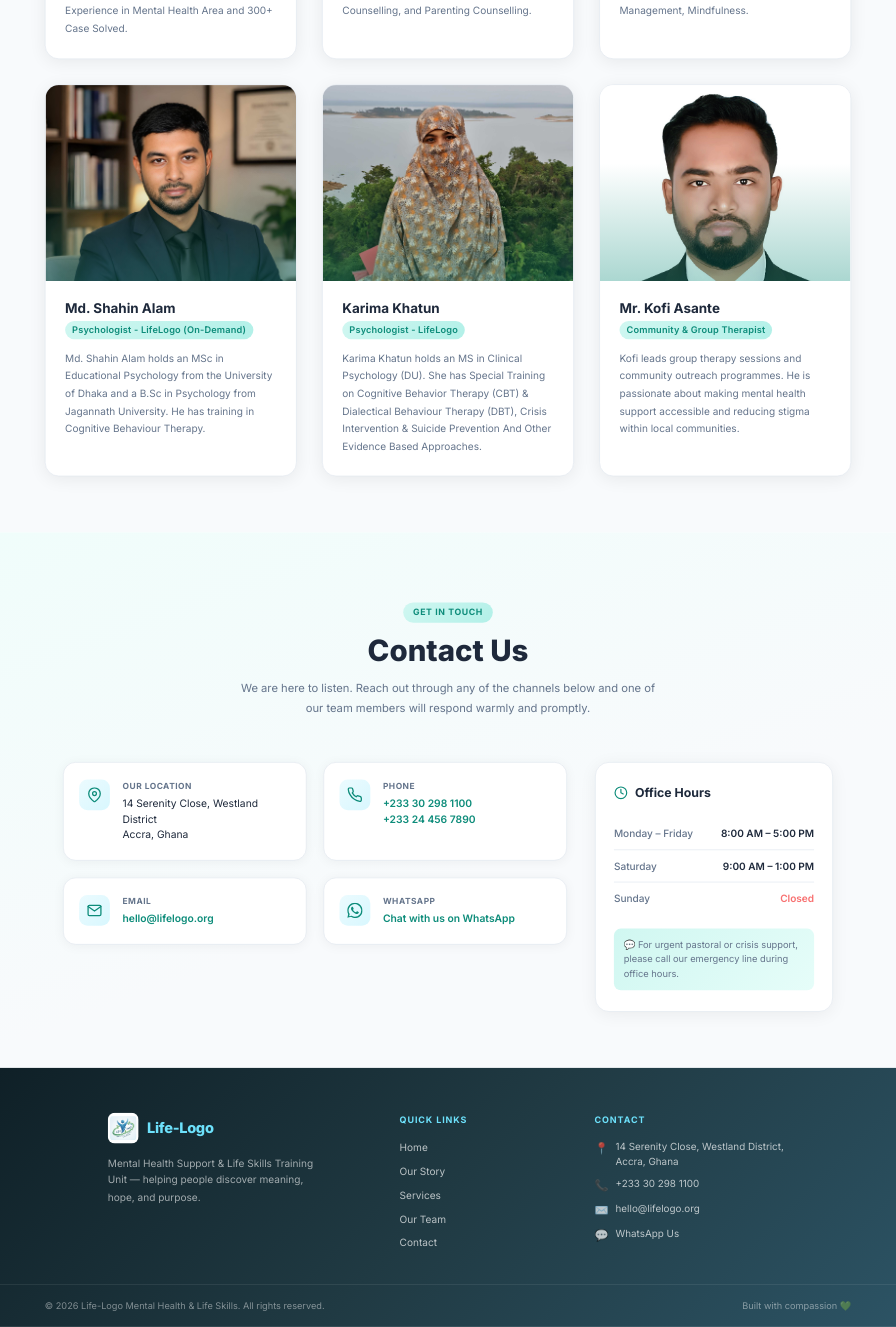
Repository: Tan47s/Lifelogo
Page: /
An editor plug-in stored every save of this project. The page is shown before and after the next save, followed by the edit.
The browser window is 1280 px wide. The pictures show the part of the page from y = 3042 to 4962 px (the page is 4937 px tall before and 4962 px after), at 70% of full size.
The project was rebuilt for these pictures with package versions that can differ from the ones it lists, and the page was loaded fresh each time. Also part of the build but not shown: vite.config.js.

Above is the page before, as saved 2026-08-09 17:12:00.

After the next save:
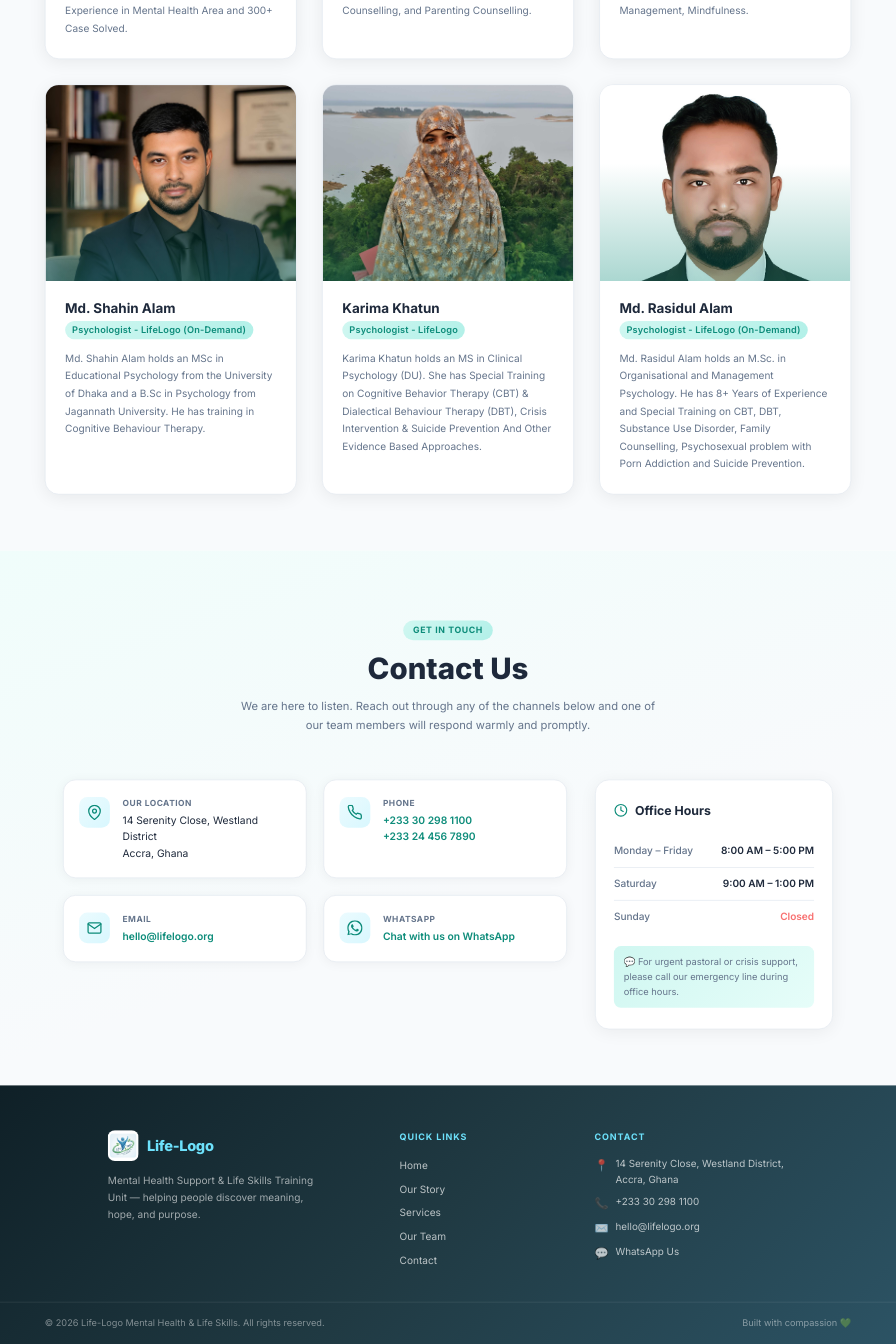
Saved 34 s later.
--- a/src/comp/Counsellors.jsx
+++ b/src/comp/Counsellors.jsx
@@ -40,9 +40,9 @@ const counsellors = [
   },
   {
     img: c6,
-    name: 'Mr. Kofi Asante',
-    role: 'Community & Group Therapist',
-    bio: 'Kofi leads group therapy sessions and community outreach programmes. He is passionate about making mental health support accessible and reducing stigma within local communities.',
+    name: 'Md. Rasidul Alam',
+    role: 'Psychologist - LifeLogo (On-Demand)',
+    bio: 'Md. Rasidul Alam holds an M.Sc. in Organisational and Management Psychology. He has 8+ Years of Experience and Special Training on CBT, DBT, Substance Use Disorder, Family Counselling, Psychosexual problem with Porn Addiction and Suicide Prevention.',
   },
 ]
 
